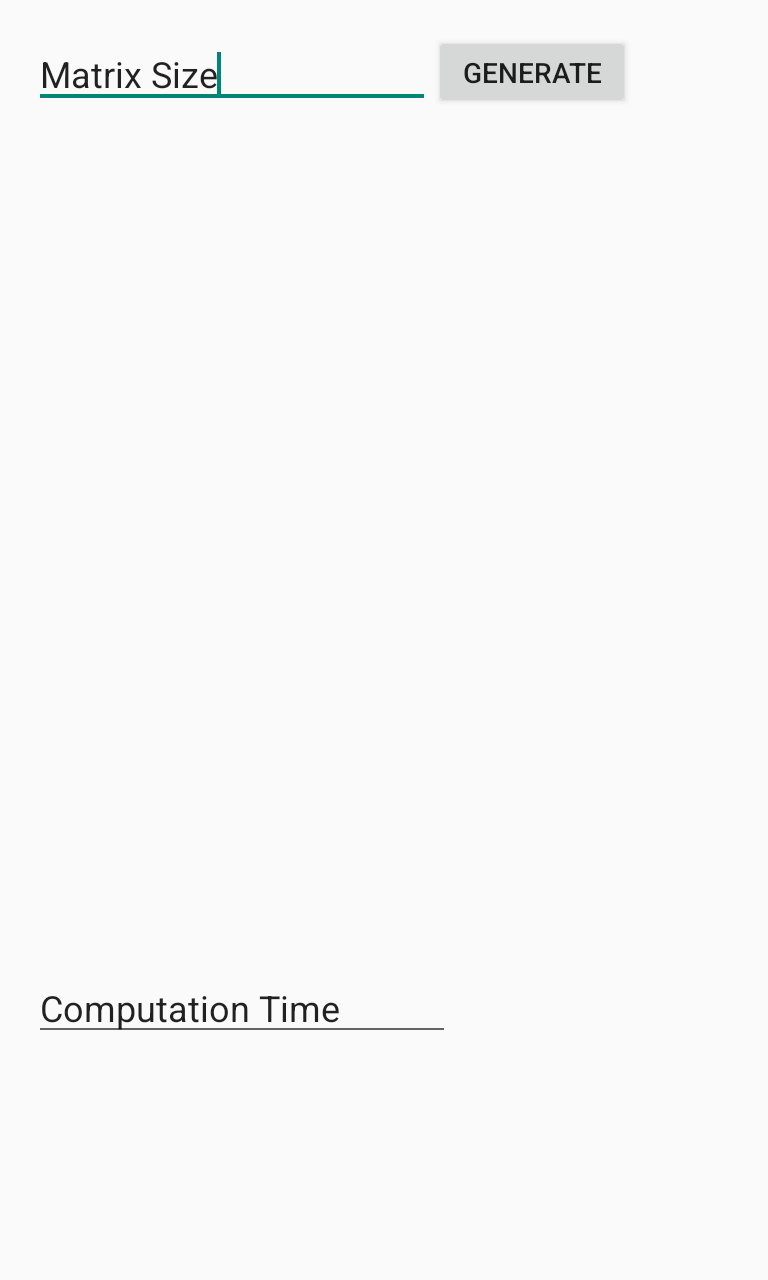
Repository: lhsieh814/ParallelProject
Layout: MatrixManipulation/res/layout/activity_main.xml
These files come from the project's save history. The layout is drawn as it stood at one moment and after the next save; the edit follows.
It is drawn on a 768 x 1280 px phone screen (xhdpi) without system bars, with theme AppTheme; the app's code is not run.

Above is the layout before, as saved 2014-11-22 17:18:52.

After the next save:
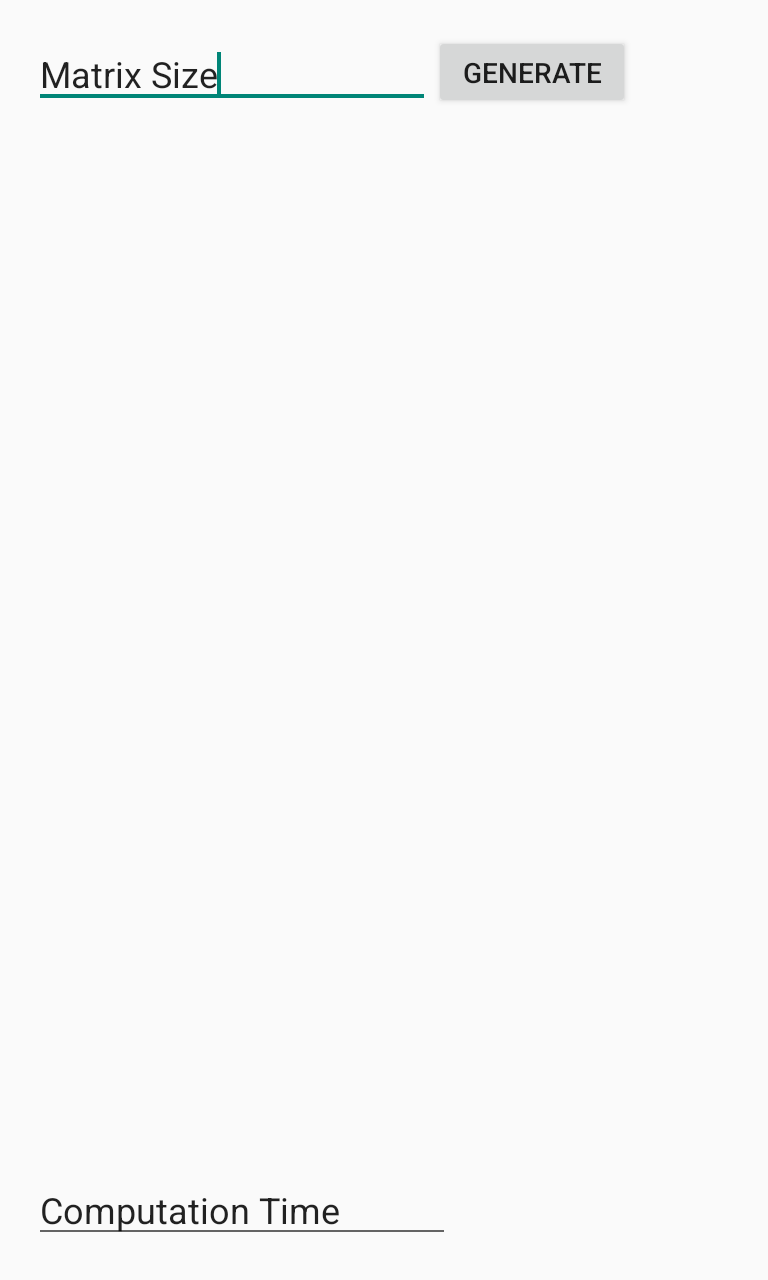
Saved 118 s later.
--- a/MatrixManipulation/res/layout/activity_main.xml
+++ b/MatrixManipulation/res/layout/activity_main.xml
@@ -36,9 +36,8 @@
         android:layout_height="wrap_content"
         android:layout_alignLeft="@+id/editText1"
         android:layout_alignParentBottom="true"
-        android:layout_marginBottom="101dp"
         android:ems="10"
-        android:text = "Computation Time"
-        android:inputType="numberSigned" />
+        android:inputType="numberSigned"
+        android:text="Computation Time" />
 
 </RelativeLayout>
